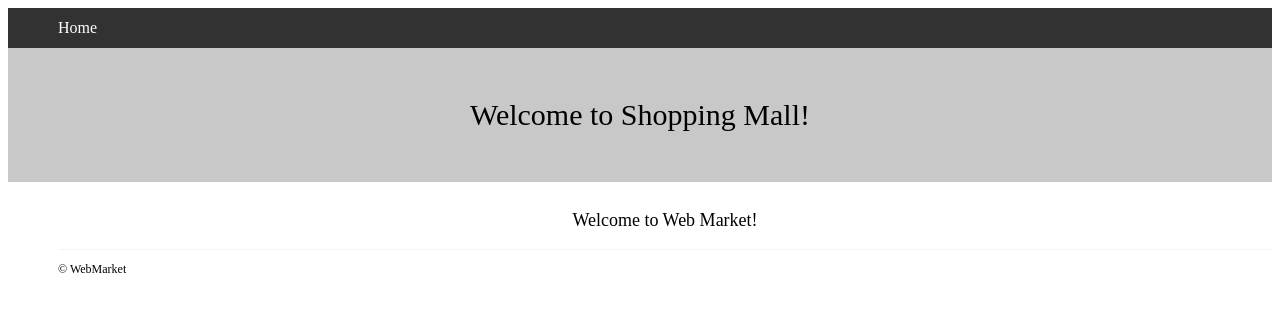
Repository: sunyeongan/Univ_lecture
Page: http://localhost/week7_jsp/ex5.jsp
The author's editor kept a copy of each file at every save. The page is drawn from the files as they stood at one save, then again after the next save.
The browser window is 1280 px wide. The pictures show the whole page.
The page is served by Tomcat 9.

Above is the page before, as saved 2022-04-14 03:11:26.

After the next save:
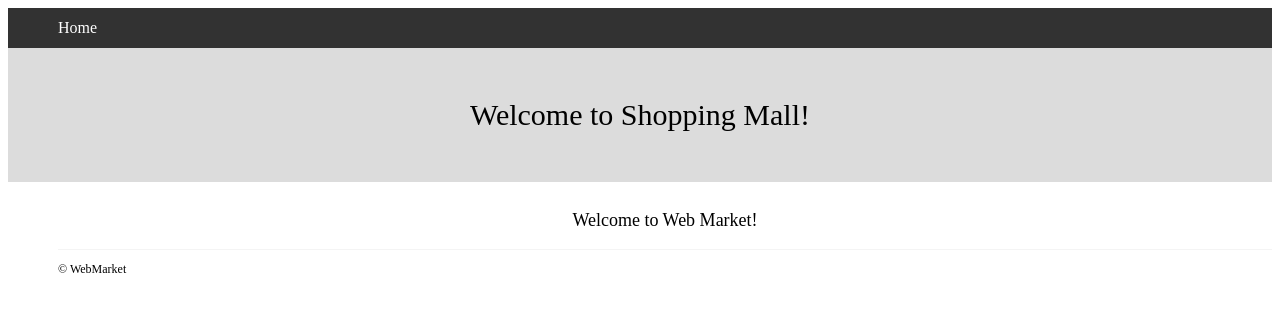
Saved 12 s later.
--- a/WebSever_2022/work/week7/week7_jsp/src/main/webapp/ex5.jsp
+++ b/WebSever_2022/work/week7/week7_jsp/src/main/webapp/ex5.jsp
@@ -17,7 +17,7 @@
 	}
 	.main{
 		padding : 20px 0;
-		background-color : rgb(200,200,200);
+		background-color : rgb(220,220,220);
 		font-size : 30px;
 
 	}
